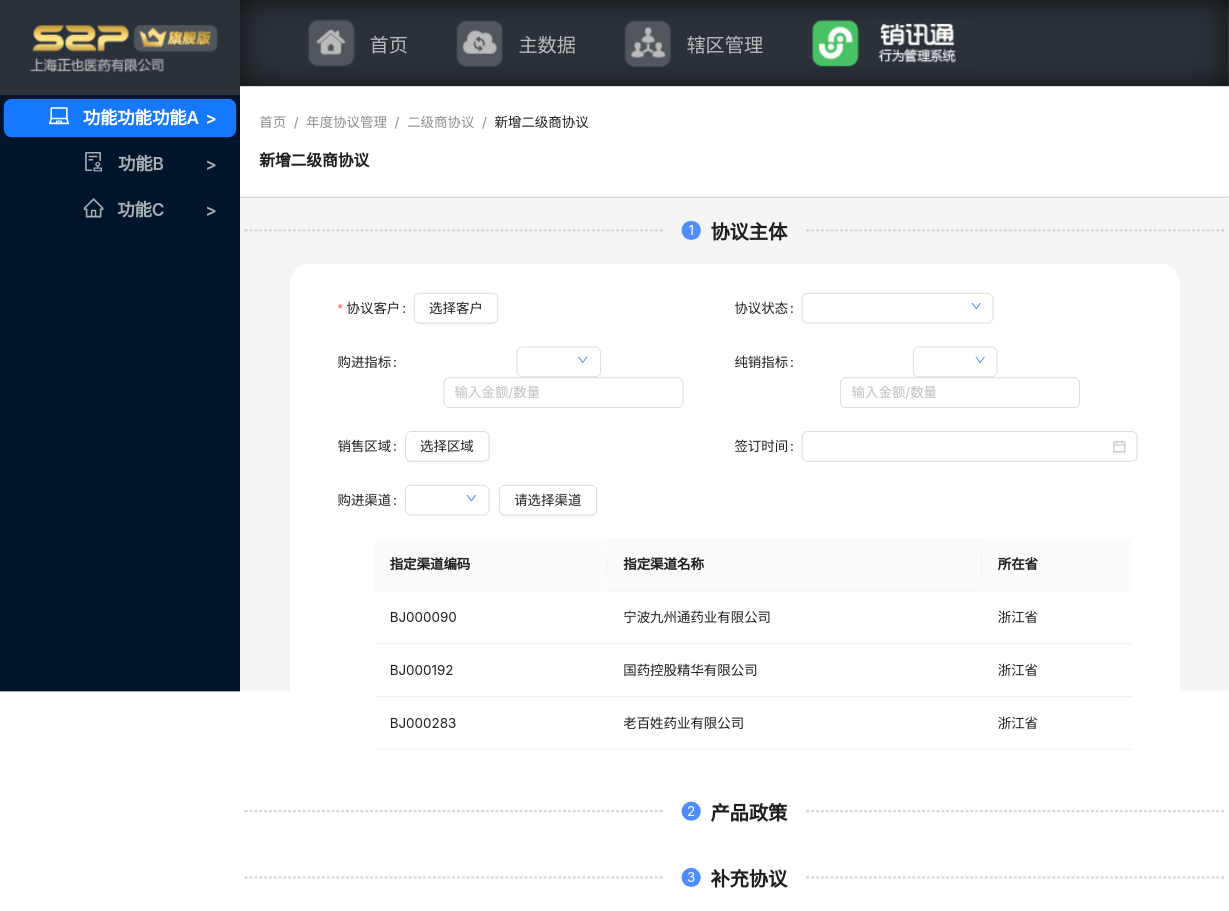
Repository: XiChips/questionB
Page: /
These files come from the project's save history. The page is drawn as it stood at one moment and after the next save; the edit follows.
The browser window is 1280 px wide. The pictures show the whole page, at 96% of full size.
The project was rebuilt for these pictures with package versions that can differ from the ones it lists, and the page was loaded fresh each time. Also part of the build but not shown: vue.config.js.

Above is the page before, as saved 2024-02-28 13:37:11.

After the next save:
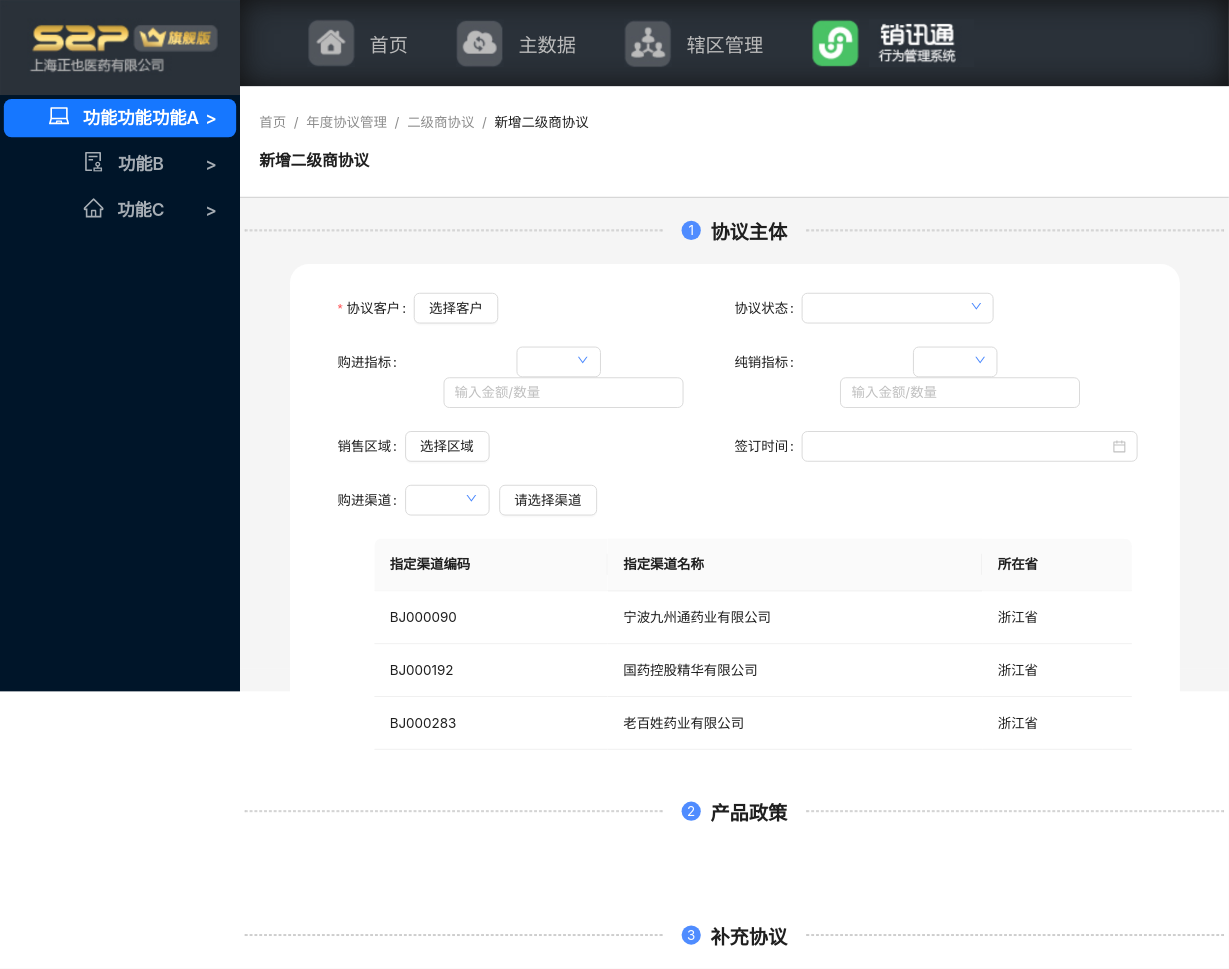
Saved 24 s later.
--- a/src/views/home.vue
+++ b/src/views/home.vue
@@ -126,6 +126,9 @@
               <hr>
             </div>
 
+            <div class="area">
+
+            </div>
             <div class="title2">
               <hr>
               <div>
